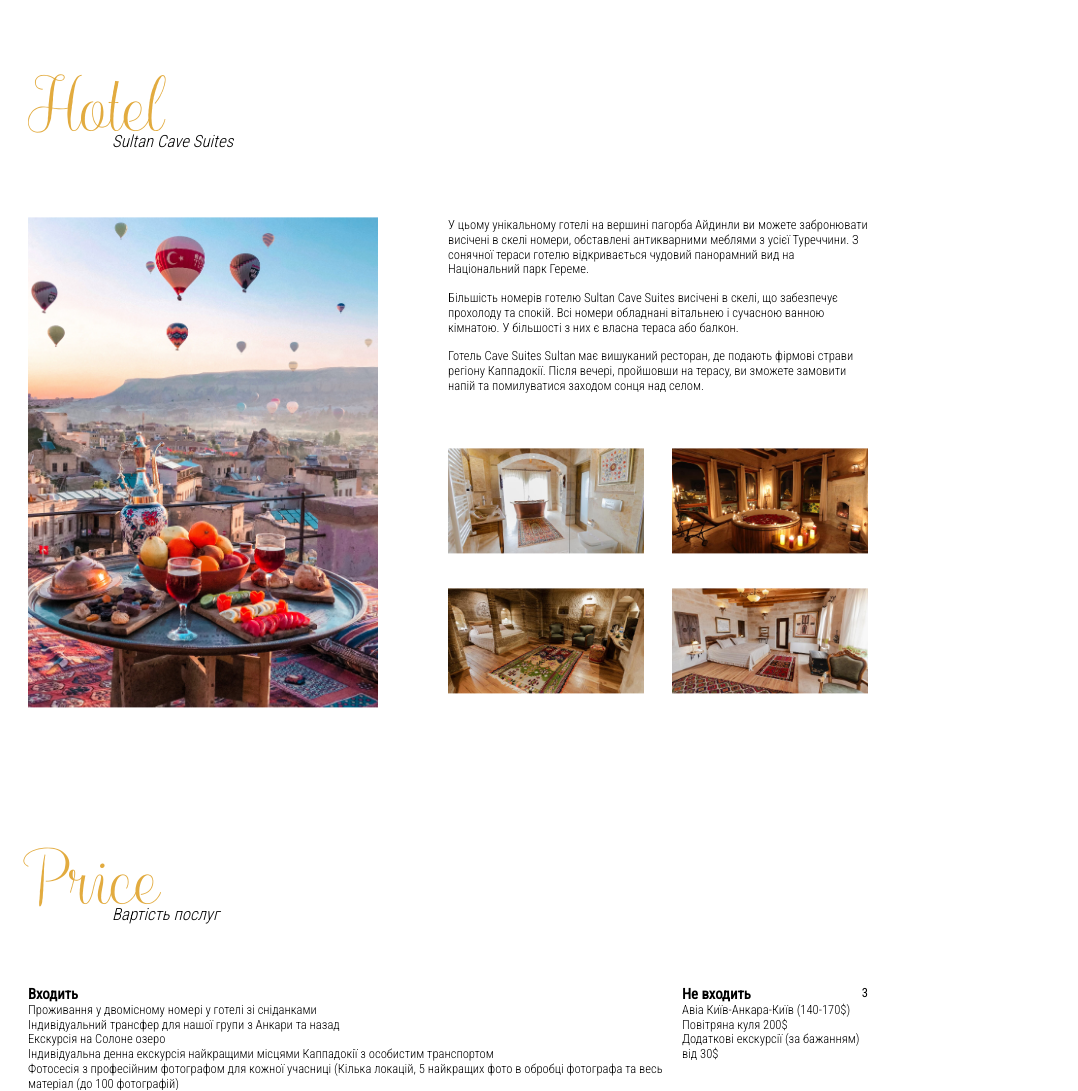
Repository: KYUUBI-K/cappadocia
Page: index.html
An editor plug-in stored every save of this project. The page is shown before and after the next save, followed by the edit.
The browser window is 1280 px wide. The page is 1540 px wide, so the pictures cover 1540 px, including what lies to the right of the window. The pictures show the part of the page from y = 3221 to 4821 px (the page is 4779 px tall before and 4821 px after), at 70% of full size.

Above is the page before, as saved 2025-08-21 19:19:27.

### index.html
<!DOCTYPE html>
<html lang="en">
  <head>
    <meta charset="UTF-8" />
    <meta name="viewport" content="width=device-width, initial-scale=1.0" />
    <title>Cappadocia</title>
    <link rel="stylesheet" href="./styles.css" />
  </head>
  <body>
    <header class="header">
      <div class="wrapper">
        <nav class="header-menu">
          <ul class="header-menu-list">
            <li class="header-menu-item">
              <a class="header-menu-link" href="#route">Маршрут</a>
            </li>
            <li class="header-menu-item">
              <a class="header-menu-link" href="#hotel">Готель</a>
            </li>
            <li class="header-menu-item">
              <a class="header-menu-link" href="#price">Вартість</a>
            </li>
          </ul>
          <div class="telephone">
            <svg
              class="phone-icon"
              width="30"
              height="30"
              viewBox="0 0 30 30"
              fill="none"
              xmlns="http://www.w3.org/2000/svg"
            >
              <g clip-path="url(#clip0_31_0)">
                <path
                  d="M23.7091 18.5839C23.0949 17.9444 22.3541 17.6025 21.569 17.6025C20.7902 17.6025 20.0431 17.9381 19.4036 18.5776L17.4027 20.5721C17.2381 20.4835 17.0735 20.4011 16.9152 20.3188C16.6873 20.2049 16.472 20.0972 16.2884 19.9832C14.4142 18.7929 12.7109 17.2416 11.0774 15.2345C10.2859 14.2341 9.75404 13.3919 9.36781 12.5372C9.88701 12.0623 10.3682 11.5684 10.8368 11.0935C11.0141 10.9162 11.1913 10.7326 11.3686 10.5553C12.6983 9.22568 12.6983 7.50346 11.3686 6.1738L9.64007 4.44525C9.44379 4.24896 9.24117 4.04635 9.05122 3.84373C8.67132 3.45117 8.27242 3.04594 7.86086 2.66604C7.24669 2.05819 6.51221 1.73528 5.73974 1.73528C4.96727 1.73528 4.22013 2.05819 3.58696 2.66604C3.58063 2.67237 3.58063 2.67237 3.5743 2.6787L1.42152 4.85047C0.61106 5.66093 0.148846 6.64868 0.0475384 7.79472C-0.104423 9.64358 0.440104 11.3658 0.857997 12.4928C1.88373 15.2598 3.41601 17.8241 5.70175 20.5721C8.47504 23.8836 11.8118 26.4986 15.6235 28.3411C17.0798 29.0313 19.0237 29.848 21.1954 29.9873C21.3284 29.9937 21.4677 30 21.5943 30C23.057 30 24.2853 29.4745 25.2477 28.4297C25.2541 28.4171 25.2667 28.4107 25.2731 28.3981C25.6023 27.9992 25.9822 27.6383 26.3811 27.252C26.6534 26.9924 26.932 26.7202 27.2042 26.4353C27.8311 25.7831 28.1603 25.0233 28.1603 24.2445C28.1603 23.4594 27.8247 22.7059 27.1852 22.0727L23.7091 18.5839ZM25.9759 25.2512C25.9695 25.2512 25.9695 25.2576 25.9759 25.2512C25.7289 25.5172 25.4757 25.7578 25.2034 26.0237C24.7918 26.4163 24.374 26.8278 23.9814 27.29C23.3419 27.9739 22.5884 28.2968 21.6007 28.2968C21.5057 28.2968 21.4044 28.2968 21.3094 28.2904C19.4289 28.1701 17.6813 27.4357 16.3707 26.8088C12.7869 25.0739 9.64007 22.6109 7.02508 19.4894C4.86597 16.887 3.42234 14.481 2.46625 11.8977C1.8774 10.3211 1.66212 9.09272 1.7571 7.93401C1.82042 7.19321 2.10534 6.57903 2.63087 6.0535L4.78999 3.89439C5.10024 3.60313 5.42949 3.44484 5.75241 3.44484C6.1513 3.44484 6.47422 3.68544 6.67683 3.88806C6.68317 3.89439 6.6895 3.90072 6.69583 3.90705C7.08206 4.26796 7.4493 4.64153 7.83554 5.04043C8.03182 5.24304 8.23443 5.44565 8.43705 5.6546L10.1656 7.38316C10.8368 8.05432 10.8368 8.67482 10.1656 9.34599C9.98198 9.5296 9.8047 9.71322 9.62108 9.89051C9.08921 10.435 8.58268 10.9416 8.03182 11.4354C8.01916 11.4481 8.00649 11.4544 8.00016 11.4671C7.45563 12.0116 7.55694 12.5435 7.67091 12.9044C7.67724 12.9234 7.68358 12.9424 7.68991 12.9614C8.13946 14.0504 8.77263 15.0762 9.73505 16.2982L9.74138 16.3045C11.4889 18.4573 13.3315 20.1352 15.3639 21.4205C15.6235 21.5852 15.8895 21.7181 16.1427 21.8448C16.3707 21.9587 16.586 22.0664 16.7696 22.1804C16.7949 22.193 16.8202 22.212 16.8456 22.2247C17.0608 22.3323 17.2634 22.383 17.4724 22.383C17.9979 22.383 18.3272 22.0537 18.4348 21.9461L20.6003 19.7806C20.8155 19.5654 21.1574 19.3058 21.5563 19.3058C21.9489 19.3058 22.2718 19.5527 22.4681 19.768C22.4744 19.7743 22.4744 19.7743 22.4808 19.7806L25.9695 23.2694C26.6217 23.9152 26.6217 24.5801 25.9759 25.2512Z"
                  fill="black"
                />
                <path
                  d="M16.2124 7.13621C17.8713 7.41481 19.3782 8.19994 20.5813 9.40296C21.7843 10.606 22.5631 12.1129 22.848 13.7718C22.9176 14.1897 23.2786 14.481 23.6901 14.481C23.7408 14.481 23.7851 14.4747 23.8357 14.4683C24.3043 14.3923 24.6145 13.9491 24.5386 13.4806C24.1966 11.4734 23.2469 9.64357 21.7969 8.19361C20.347 6.74365 18.5171 5.79389 16.51 5.45198C16.0414 5.376 15.6045 5.68625 15.5222 6.14847C15.4399 6.61068 15.7438 7.06023 16.2124 7.13621Z"
                  fill="black"
                />
                <path
                  d="M29.9654 13.2337C29.4019 9.92851 27.8443 6.92095 25.4509 4.52757C23.0575 2.13418 20.05 0.576584 16.7448 0.0130621C16.2826 -0.0692501 15.8457 0.247335 15.7634 0.70955C15.6874 1.1781 15.9977 1.61498 16.4662 1.6973C19.4168 2.1975 22.1078 3.59681 24.2479 5.73059C26.388 7.87071 27.781 10.5617 28.2812 13.5123C28.3508 13.9302 28.7117 14.2214 29.1233 14.2214C29.1739 14.2214 29.2183 14.2151 29.2689 14.2087C29.7311 14.1391 30.0477 13.6959 29.9654 13.2337Z"
                  fill="black"
                />
              </g>
              <defs>
                <clipPath id="clip0_31_0">
                  <rect width="30" height="30" fill="white" />
                </clipPath>
              </defs>
            </svg>
            <div class="number-text">+38(066)555-777-6</div>
          </div>
        </nav>
        <div class="main-title">
          <h1 class="main-title-text">Cappadocia</h1>
          <p class="main-subtitle-text">Ексклюзивний тур</p>
        </div>
      </div>
    </header>

    <section class="about">
      <div class="wrapper">
        <div class="about-title">
          <h2 class="section-title-text">Fairy tail</h2>
          <p class="about-subtitle-text">Казкова країна чудес</p>
        </div>
        <img
          src="./images/Rectangle-about.jpg"
          alt="Hot air balloon"
          class="about-img"
        />
        <div class="about-content">
          <aside class="about-text">
            <!-- prettier-ignore -->
            <p>
            Каппадокія – казкова країна повітряних куль, сирних будиночків,
            різнокольорових долин та чарівних світанків!
            Сюди приїжджають, щоб побачити природні чудеса політати на
            повітряній кулі і, звичайно ж,зробити мільйон красивих фотографій!
          </p>
            <!-- prettier-ignore -->
            <p>
            На учасників туру чекає професійна фотосесія від найкращих
            фотографів Каппадокії!
            Адже саме за чарівними світанками на тлі повітряних куль сюди
            приїжджають люди з усього світу!
          </p>

            <h3>Також Ви побачите:</h3>
            <ul class="about-list">
              <li>Музей на відкритому повітрі у Геремі</li>
              <li>Ущелина Іхлара та монастир Селіме</li>
              <li>Підземні міста</li>
              <li>Фортеця Учхісар</li>
              <li>Зельве та Пашабаг</li>
            </ul>
            <p>та багато інших визначних пам'яток.</p>
            <!-- prettier-ignore -->
            <p>
            Місцева кухня - один із приводів відвідати Каппадокію, тут є ресторани
            на будь-який бюджет.
          </p>
          </aside>
        </div>
      </div>
    </section>

    <section class="route" id="route">
      <div class="wrapper">
        <div class="route-title">
          <h2 class="section-title-text">Our trip</h2>
          <p class="route-subtitle-text">Маршрут</p>
        </div>
        <img
          src="./images/Rectangle-route.png"
          alt="Route map"
          class="route-img"
        />
        <div class="route-content">
          <aside class="route-text">
            <div class="day">
              <h3>День 1</h3>
              <ul>
                <li>Виліт з Києва</li>
                <li>Трансфер до Каппадокії</li>
                <li>Поселення в готель</li>
                <li>Вечірня фотосесія</li>
              </ul>
            </div>

            <div class="day">
              <h3>День 2</h3>
              <ul>
                <li>Фотосесія</li>
                <li>Сніданок у готелі</li>
                <li>Денний тур Каппадокією</li>
                <li>Захід сонця з панорамним видом</li>
              </ul>
            </div>

            <div class="day">
              <h3>День 3</h3>
              <ul>
                <li>Політ на повітряній кулі</li>
                <li>Сніданок у готелі</li>
                <li>Екскурсії на вибір</li>
              </ul>
            </div>

            <div class="day">
              <h3>День 4</h3>
              <ul>
                <li>Вільний час, шопінг</li>
                <li>Трансфер до Анкари</li>
                <li>Виліт до Києва</li>
              </ul>
            </div>
            <button type="button" class="reservation">Забронювати</button>
          </aside>
        </div>
      </div>
    </section>
    <section class="hotel" id="hotel">
      <div class="wrapper">
        <div class="hotel-title">
          <h2 class="section-title-text">Hotel</h2>
          <p class="hotel-subtitle-text">Sultan Cave Suites</p>
        </div>

        <div class="hotel-content">
          <img
            src="./images/Rectangle-hotel.jpg"
            alt="Hot air balloon"
            class="hotel-img"
          />
          <aside class="hotel-side-right">
            <div class="hotel-text">
              <!-- prettier-ignore -->
              <p>
              У цьому унікальному готелі на вершині пагорба Айдинли ви можете забронювати
              висічені в скелі номери, обставлені антикварними меблями з усієї Туреччини. З
              сонячної тераси готелю відкривається чудовий панорамний вид на
              Національний парк Гереме.
            </p>
              <!-- prettier-ignore -->
              <p>
              Більшість номерів готелю Sultan Cave Suites висічені в скелі, що забезпечує
              прохолоду та спокій. Всі номери обладнані вітальнею і сучасною ванною
              кімнатою. У більшості з них є власна тераса або балкон.
            </p>
              <!-- prettier-ignore -->
              <p>
              Готель Cave Suites Sultan має вишуканий ресторан, де подають фірмові страви
              регіону Каппадокії. Після вечері, пройшовши на терасу, ви зможете замовити
              напій та помилуватися заходом сонця над селом.
            </p>
            </div>

            <div class="hotel-images-list">
              <img
                src="./images/Rectangle-hotel1.jpg"
                alt="Hotel room"
                class="hotel-image"
              />
              <img
                src="./images/Rectangle-hotel2.jpg"
                alt="Hotel room"
                class="hotel-image"
              />
              <img
                src="./images/Rectangle-hotel3.jpg"
                alt="Hotel room"
                class="hotel-image"
              />
              <img
                src="./images/Rectangle-hotel4.jpg"
                alt="Hotel room"
                class="hotel-image"
              />
            </div>
          </aside>
        </div>
      </div>
    </section>
    <section class="price" id="price">
      <div class="wrapper">
        <div class="price-title">
          <h2 class="section-title-text">Price</h2>
          <p class="price-subtitle-text">Вартість послуг</p>
        </div>
        <div class="price-content">
          <aside class="price-left">
            <h3>Входить</h3>
            <ul class="price-text">
              <li>Проживання у двомісному номері у готелі зі сніданками</li>
              <li>Індивідуальний трансфер для нашої групи з Анкари та назад</li>
              <li>Екскурсія на Солоне озеро</li>
              <li>Індивідуальна денна екскурсія найкращими місцями Каппадокії з особистим транспортом</li>
              <li>Фотосесія з професійним фотографом для кожної учасниці
              (Кілька локацій, 5 найкращих фото в обробці фотографа та весь матеріал (до 100 фотографій)</li>
            </ul>
          </aside>
          <aside class="price-center">
            <h3>Не входить</h3>
            <ul class="price-text">
              <li>Авіа Київ-Анкара-Київ (140-170$)</li>
              <li>Повітряна куля 200$</li>
              <li>Додаткові екскурсії (за бажанням) від 30$</li>
            </ul>
          </aside>
          <aside class="price-right">
            3
          </aside>
        </div>

    </section>
  </body>
</html>

### styles.css
@font-face {
  font-family: "Roboto Condensed";
  src: url("./fonts/RobotoCondensed-Light.woff2") format("woff2");
  font-weight: 300;
  font-style: normal;
  font-display: swap;
}

@font-face {
  font-family: "Roboto Condensed";
  src: url("./fonts/RobotoCondensed-Regular.woff2") format("woff2");
  font-weight: 400;
  font-style: normal;
  font-display: swap;
}

@font-face {
  font-family: "Balqis";
  src: url("./fonts/Balqis.woff2") format("woff2");
  font-weight: 400;
  font-style: normal;
  font-display: swap;
}

html {
  box-sizing: border-box;
}
*,
*::before,
*::after {
  box-sizing: inherit;
  margin: 0;
  padding: 0;
}

:root {
  --color-dark: #000000;
  --color-light: #ffffff;
  --color-gray: #e5e5e5;
  --color-orange: #e2ab3f;

  --border: 1px solid var(--color-orange);

  --font-family-base: "Roboto Condensed", sans-serif;
  --font-family-accent: "Balqis", sans-serif;

  --input-height: 50px;
}

li {
  list-style: none;
}

body {
  /* word-wrap: break-word; */
  font-size: 18px;
  font-family: var(--font-family-base);
  background-color: var(--color-light);
  color: var(--color-dark);
}

.header {
  min-height: 100svh;
  background: url("./images/Rectangle.jpg") no-repeat center center;
  background-size: cover;
  background-position: center;
  margin-bottom: 200px;
}
.wrapper {
  margin: 0 auto;
  height: 100%;
  max-width: 1200px;
}

.header-menu {
  display: flex;
  justify-content: space-between;
  align-items: center;
  font-family: var(--font-family-base);
  font-size: 24px;
  font-weight: 400;
  padding-top: 72px;
}
.header-menu-list {
  display: flex;
  column-gap: 45px;
}
.header-menu-link {
  text-decoration: none;
  color: inherit;
}
.telephone {
  display: flex;
  align-items: center;
  column-gap: 10px;
}

.main-title {
  margin-top: 152px;
  text-align: center;
}

.main-title-text {
  font-family: var(--font-family-accent);
  font-size: 250px;
  font-weight: 400;
  line-height: 1;
}

.main-subtitle-text {
  font-family: var(--font-family-base);
  color: var(--color-dark);
  font-weight: 300;
  font-size: 56px;
  line-height: 0;
  font-style: italic;
  transform: translateX(25%);
}

.about {
  margin-bottom: 200px;
  position: relative;
}

.about-title {
  margin-bottom: 100px;
}

.section-title-text {
  font-family: var(--font-family-accent);
  font-weight: 400;
  line-height: 1;
  font-size: 96px;
  color: var(--color-orange);
}

.about-subtitle-text {
  font-family: var(--font-family-base);
  font-weight: 300;
  font-size: 24px;
  font-style: italic;
  line-height: 0;
  transform: translateX(15%);
}

.about-content {
  display: flex;
  justify-content: flex-end;
}

.about-img {
  position: absolute;
  left: 0;
  width: 960px;
  height: 700px;
  object-fit: cover;
  object-position: center;
}
.about-text p {
  font-family: var(--font-family-base);
  font-weight: 300;
  font-size: 18px;
  white-space: pre-line;
  padding-bottom: 50px;
}
.about-list {
  padding-bottom: 50px;
  font-family: var(--font-family-base);
  font-weight: 300;
}

.about-text h3 {
  padding-bottom: 50px;
}

.route {
  position: relative;
  margin-bottom: 200px;
}
.route-title {
  margin-bottom: 108px;
}

.route-subtitle-text {
  transform: translateX(20%);
  font-family: var(--font-family-base);
  font-weight: 300;
  font-size: 24px;
  font-style: italic;
  line-height: 0;
}
.route-content {
  position: relative;
  font-family: var(--font-family-base);
}
.day {
  max-width: 295px;
  margin-bottom: 50px;
}
.route-text {
  font-size: 24px;
  font-weight: 300;
  margin-bottom: 50px;
}
.day h3 {
  margin-bottom: 20px;
}

.reservation {
  border: var(--border);
  text-transform: uppercase;
  font-size: 24px;
  padding: 11px 64px;
  background: none;
}

.route-img {
  position: absolute;
  top: 0;
  right: 0;
  width: 960px;
  height: 1095px;
  object-fit: cover;
  object-position: center;
}

.hotel {
  margin-bottom: 200px;
  position: relative;
}
.hotel-title {
  margin-bottom: 108px;
}
.hotel-subtitle-text {
  transform: translateX(10%);
  font-family: var(--font-family-base);
  font-weight: 300;
  font-size: 24px;
  font-style: italic;
  line-height: 0;
}
.hotel-content {
  display: flex;
  justify-content: space-between;
  column-gap: 100px;
}

.hotel-text {
  margin-bottom: 80px;
}
.hotel-text p {
  margin-bottom: 20px;
  /* white-space: pre-line;  */
  font-family: var(--font-family-base);
  font-size: 18px;
  font-weight: 300;
}
.hotel-img {
  width: 500px;
  height: 700px;
  object-fit: cover;
  object-position: center;
}

.hotel-images-list {
  display: flex;
  flex-wrap: wrap;
  justify-content: space-between;
  row-gap: 50px;
}
.hotel-image {
  width: 280px;
  height: 150px;
  object-fit: cover;
  object-position: center;
}

.price-title {
  margin-bottom: 100px;
}

.price-subtitle-text {
  transform: translateX(10%);
  font-family: var(--font-family-base);
  font-weight: 300;
  font-size: 24px;
  font-style: italic;
  line-height: 0;
}

.price-content {
  display: flex;
  justify-content: space-between;
}

.price-text {
  font-family: var(--font-family-base);
  font-weight: 300;
  font-size: 18px;
}

@media (max-width: 1040px) {
  .main-title-text {
    font-size: 150px;
  }
  .main-subtitle-text {
    font-size: 46px;
  }
}

@media (max-width: 830px) {
  .header-menu {
    padding-top: 40px;
  }

  .header-menu-list {
    column-gap: 35px;
  }
  .main-title-text {
    font-size: 150px;
  }
  .main-subtitle-text {
    font-size: 36px;
  }
}

@media (max-width: 630px) {
  .header-menu {
    font-size: 18px;
  }
  .header-menu-list {
    column-gap: 20px;
  }
  .telephone {
    column-gap: 5px;
  }
  .phone-icon {
    width: 18px;
    height: 18px;
  }
  .main-title-text {
    font-size: 100px;
  }
  .main-subtitle-text {
    font-size: 26px;
  }
}

@media (max-width: 450px) {
  .header-menu {
    font-size: 15px;
  }
  .header-menu-list {
    column-gap: 15px;
  }
  .telephone {
    column-gap: 3px;
  }
  .phone-icon {
    width: 15px;
    height: 15px;
  }
  .main-title-text {
    font-size: 50px;
  }
  .main-subtitle-text {
    font-size: 15px;
  }
}

After the next save:
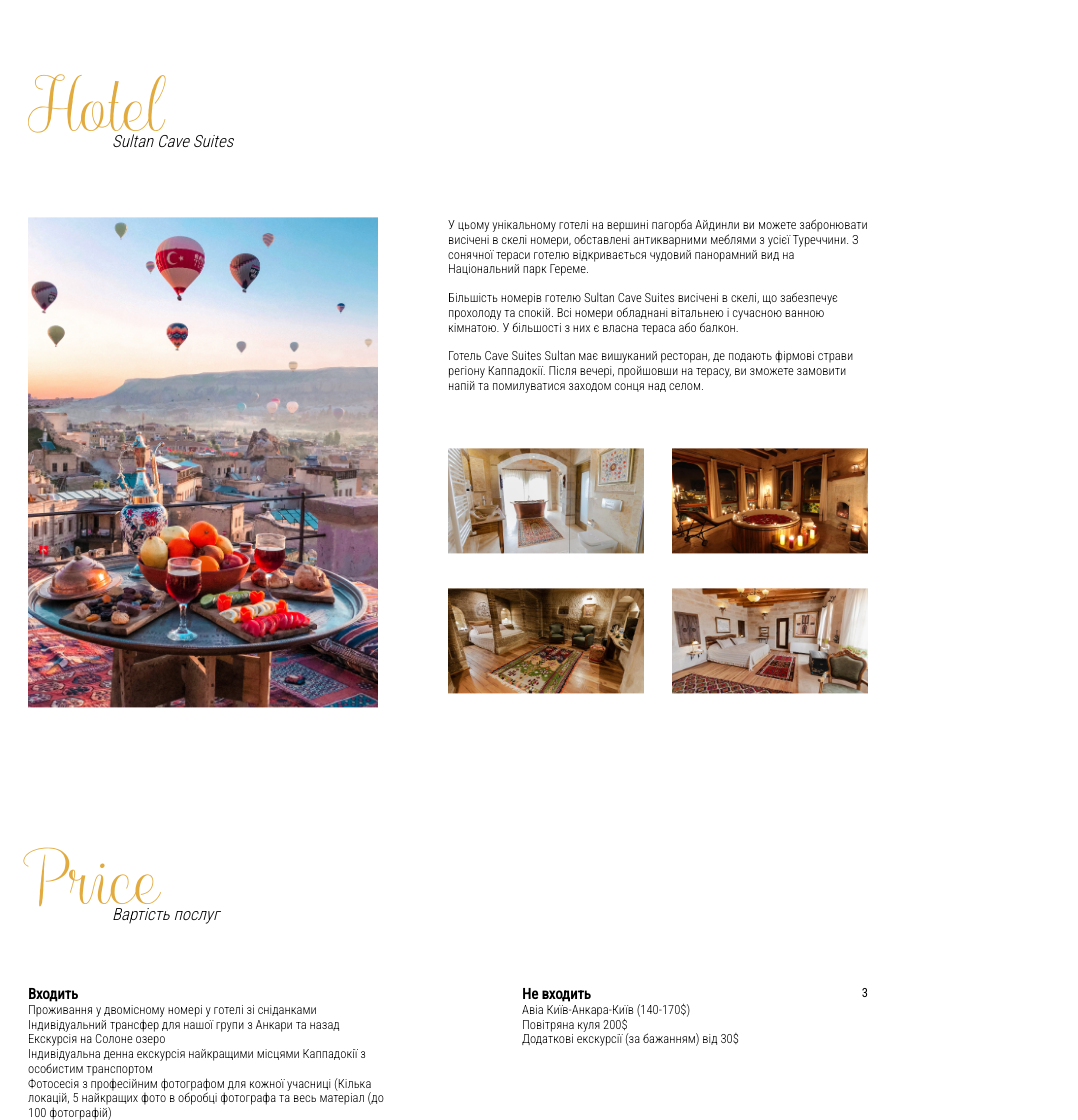
Saved 25 s later.
--- a/styles.css
+++ b/styles.css
@@ -297,6 +297,7 @@ body {
   font-family: var(--font-family-base);
   font-weight: 300;
   font-size: 18px;
+  max-width: 530px;
 }
 
 @media (max-width: 1040px) {
